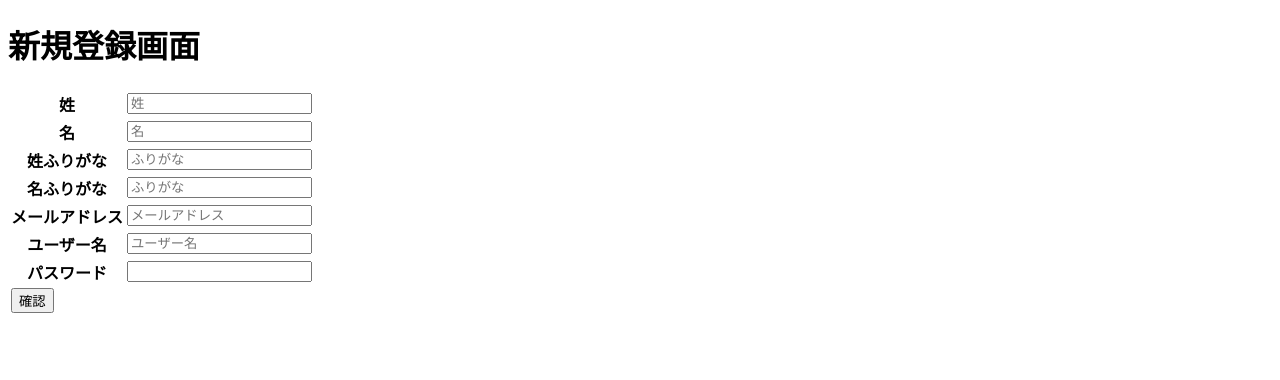
Repository: ryuhei0204/test
Page: http://localhost/Mytest/CreateAction
These files come from the project's save history. The page is drawn as it stood at one moment and after the next save; the edit follows.
The browser window is 1280 px wide. The pictures show the whole page.
The page is served by Tomcat 9. Other server files are loaded and not shown.

Above is the page before, as saved 2019-06-24 07:37:24.

### Mytest/WebContent/createUser.jsp
<%@ page language="java" contentType="text/html; charset=UTF-8"
    pageEncoding="UTF-8"%>
<!DOCTYPE html PUBLIC "-//W3C//DTD HTML 4.01 Transitional//EN" "http://www.w3.org/TR/html4/loose.dtd">
<html>
<head>
<meta http-equiv="Content-Type" content="text/html; charset=UTF-8">
<title>新規登録画面</title>
</head>
<body>
<h1>新規登録画面</h1>

<form action = "CreateConfirmAction" method = "post">
  <table>
     <tr>
        <th>姓</th>
        <td><input type = "text" name = "sei" placeholder = "姓" value = ""/></td>
     </tr>

     <tr>
        <th>名</th>
        <td><input type = "text" name = "mei" placeholder = "名" value = ""/></td>
     </tr>

     <tr>
        <th>姓ふりがな</th>
        <td><input type = "text" name = "seikana" placeholder = "ふりがな" value = ""/></td>
     </tr>

     <tr>
        <th>名ふりがな</th>
        <td><input type = "text" name = "meikana" placeholder = "ふりがな" value = ""/></td>
     </tr>

     <tr>
        <th>メールアドレス</th>
        <td><input type = "text" name = "mail" placeholder = "メールアドレス" value = ""/></td>
     </tr>

     <tr>
        <th>ユーザー名</th>
        <td><input type = "text" name = "userId" placeholder = "ユーザー名" value = ""/></td>
     </tr>

     <tr>
        <th>パスワード</th>
        <td><input type = "password" name = "password" palceholder = "パスワード" value = ""/></td>
     </tr>

     <tr>
       <td><input type = "submit" value = "確認"/></td>
     </tr>
  </table>
</form>
</body>
</html>

After the next save:
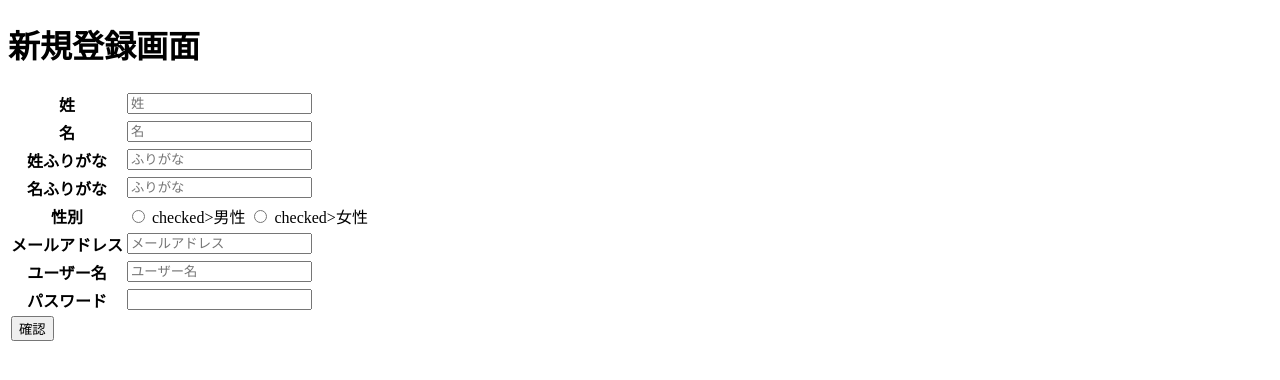
Saved 8 min 38 s later.
--- a/Mytest/WebContent/createUser.jsp
+++ b/Mytest/WebContent/createUser.jsp
@@ -31,6 +31,14 @@
         <td><input type = "text" name = "meikana" placeholder = "ふりがな" value = ""/></td>
      </tr>
 
+    <tr>
+		<th><label>性別</label></th>
+			<td>
+				<label><input type="radio" name = "seibetu" value = "0"<s:if test = 'seibetu == 0'> checked</s:if>>男性</label>
+				<label><input type="radio" name = "seibetu" value = "1"<s:if test = 'seibetu == 1'> checked</s:if>>女性</label>
+			</td>
+	</tr>
+
      <tr>
         <th>メールアドレス</th>
         <td><input type = "text" name = "mail" placeholder = "メールアドレス" value = ""/></td>
